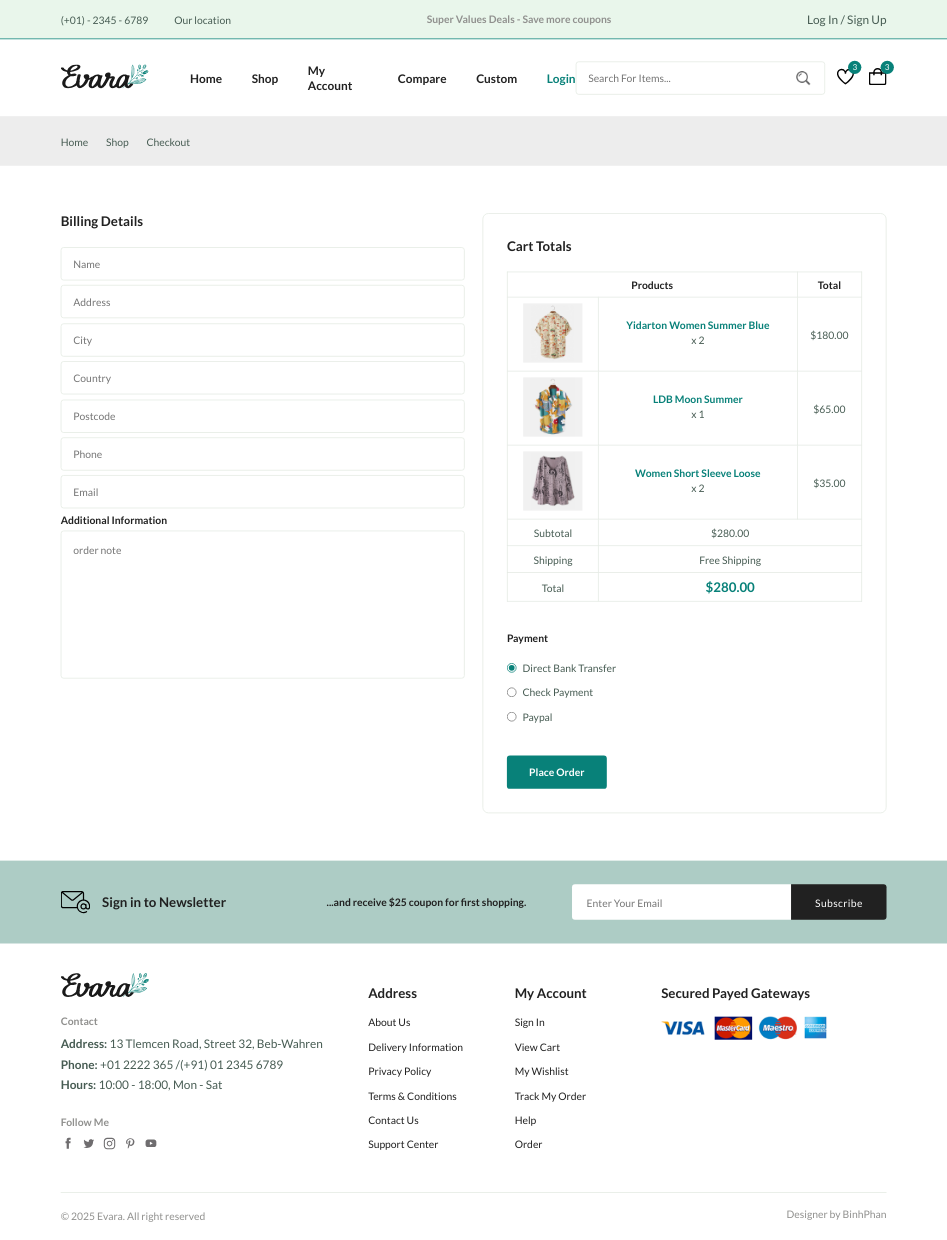
Repository: binhphanbp/evara-ecommerce
Page: checkout.html
An editor plug-in stored every save of this project. The page is shown before and after the next save, followed by the edit.
The browser window is 1280 px wide. The pictures show the whole page, at 74% of full size.

Above is the page before, as saved 2025-06-17 08:00:30.
Console error: ReferenceError: cart is not defined

### checkout.html
<!DOCTYPE html>
<html lang="en">
  <head>
    <meta charset="UTF-8" />
    <meta name="viewport" content="width=device-width, initial-scale=1.0" />

    <!--=============== FLATICON ===============-->
    <link
      rel="stylesheet"
      href="https://cdn-uicons.flaticon.com/2.0.0/uicons-regular-straight/css/uicons-regular-straight.css"
    />

    <!--=============== SWIPER CSS ===============-->
    <link
      rel="stylesheet"
      href="https://cdn.jsdelivr.net/npm/swiper@11/swiper-bundle.min.css"
    />

    <!--=============== CSS ===============-->
    <link rel="stylesheet" href="./assets/css/styles.css" />

    <title>Ecommerce Website</title>
  </head>
  <body>
    <!--=============== HEADER ===============-->
    <header class="header">
      <div class="header__top">
        <div class="header__container container">
          <div class="header__contact">
            <span>(+01) - 2345 - 6789</span>
            <span>Our location</span>
          </div>
          <p class="header__alert-news">
            Super Values Deals - Save more coupons
          </p>
          <a href="login-register.html" class="header__top-action">
            Log In / Sign Up
          </a>
        </div>
      </div>

      <nav class="nav container">
        <a href="index.html" class="nav__logo">
          <img
            class="nav__logo-img"
            src="assets/img/logo.svg"
            alt="website logo"
          />
        </a>
        <div class="nav__menu" id="nav-menu">
          <ul class="nav__list">
            <li class="nav__item">
              <a href="index.html" class="nav__link">Home</a>
            </li>
            <li class="nav__item">
              <a href="shop.html" class="nav__link">Shop</a>
            </li>
            <li class="nav__item">
              <a href="accounts.html" class="nav__link">My Account</a>
            </li>
            <li class="nav__item">
              <a href="compare.html" class="nav__link">Compare</a>
            </li>
            <li class="nav__item">
              <a href="custome-shop.html" class="nav__link">Custom</a>
            </li>
            <li class="nav__item">
              <a href="login-register.html" class="nav__link active-link"
                >Login</a
              >
            </li>
          </ul>
          <div class="header__search">
            <input
              type="text"
              placeholder="Search For Items..."
              class="form__input"
            />
            <button class="search__btn">
              <img src="assets/img/search.png" alt="search icon" />
            </button>
          </div>
        </div>
        <div class="header__user-actions">
          <a href="wishlist.html" class="header__action-btn" title="Wishlist">
            <img src="assets/img/icon-heart.svg" alt="" />
            <span class="count">3</span>
          </a>
          <a href="cart.html" class="header__action-btn" title="Cart">
            <img src="assets/img/icon-cart.svg" alt="" />
            <span class="count">3</span>
          </a>
        </div>
      </nav>
    </header>

    <!--=============== MAIN ===============-->
    <main class="main">
      <!--=============== BREADCRUMB ===============-->
      <section class="breadcrumb">
        <ul class="breadcrumb__list flex container">
          <li><a href="index.html" class="breadcrumb__link">Home</a></li>
          <li><span class="breadcrumb__link"></span></li>
          <li><span class="breadcrumb__link">Shop</span></li>
          <li><span class="breadcrumb__link"></span></li>
          <li><span class="breadcrumb__link">Checkout</span></li>
        </ul>
      </section>

      <!--=============== CHECKOUT ===============-->
      <section class="checkout section--lg">
        <div class="checkout__container container grid">
          <div class="checkout__group">
            <h3 class="section__title">Billing Details</h3>
            <form class="form grid">
              <input type="text" placeholder="Name" class="form__input" />
              <input type="text" placeholder="Address" class="form__input" />
              <input type="text" placeholder="City" class="form__input" />
              <input type="text" placeholder="Country" class="form__input" />
              <input type="text" placeholder="Postcode" class="form__input" />
              <input type="text" placeholder="Phone" class="form__input" />
              <input type="email" placeholder="Email" class="form__input" />
              <h3 class="checkout__title">Additional Information</h3>
              <textarea
                name=""
                placeholder="order note"
                class="form__input textarea"
              ></textarea>
            </form>
          </div>
          <div class="checkout__group">
            <h3 class="section__title">Cart Totals</h3>
            <table class="order__table">
              <thead>
                <tr>
                  <th colspan="2">Products</th>
                  <th>Total</th>
                </tr>
              </thead>

              <tbody>
                <tr>
                  <td>
                    <img
                      src="./assets/img/product-1-2.jpg"
                      alt=""
                      class="order__img"
                    />
                  </td>
                  <td>
                    <h3 class="table__title">Yidarton Women Summer Blue</h3>
                    <p class="table__quantity">x 2</p>
                  </td>
                  <td><span class="table__price">$180.00</span></td>
                </tr>
                <tr>
                  <td>
                    <img
                      src="./assets/img/product-2-1.jpg"
                      alt=""
                      class="order__img"
                    />
                  </td>
                  <td>
                    <h3 class="table__title">LDB Moon Summer</h3>
                    <p class="table__quantity">x 1</p>
                  </td>
                  <td><span class="table__price">$65.00</span></td>
                </tr>
                <tr>
                  <td>
                    <img
                      src="./assets/img/product-7-1.jpg"
                      alt=""
                      class="order__img"
                    />
                  </td>
                  <td>
                    <h3 class="table__title">Women Short Sleeve Loose</h3>
                    <p class="table__quantity">x 2</p>
                  </td>
                  <td><span class="table__price">$35.00</span></td>
                </tr>
                <tr>
                  <td><span class="order__subtitle">Subtotal</span></td>
                  <td colspan="2"><span class="table__price">$280.00</span></td>
                </tr>
                <tr>
                  <td><span class="order__subtitle">Shipping</span></td>
                  <td colspan="2">
                    <span class="table__price">Free Shipping</span>
                  </td>
                </tr>
                <tr>
                  <td><span class="order__subtitle">Total</span></td>
                  <td colspan="2">
                    <span class="order__grand-total">$280.00</span>
                  </td>
                </tr>
              </tbody>
            </table>
            <div class="payment__methods">
              <h3 class="checkout__title payment__title">Payment</h3>
              <div class="payment__option flex">
                <input
                  type="radio"
                  name="radio"
                  id="l1"
                  checked
                  class="payment__input"
                />
                <label for="l1" class="payment__label"
                  >Direct Bank Transfer</label
                >
              </div>
              <div class="payment__option flex">
                <input
                  type="radio"
                  name="radio"
                  id="l2"
                  class="payment__input"
                />
                <label for="l2" class="payment__label">Check Payment</label>
              </div>
              <div class="payment__option flex">
                <input
                  type="radio"
                  name="radio"
                  id="l3"
                  class="payment__input"
                />
                <label for="l3" class="payment__label">Paypal</label>
              </div>
            </div>
            <button class="btn btn--md">Place Order</button>
          </div>
        </div>
      </section>

      <!--=============== NEWSLETTER ===============-->
      <section class="newsletter section">
        <div class="newsletter__container container grid">
          <h3 class="newsletter__title flex">
            <img
              src="./assets/img/icon-email.svg"
              alt=""
              class="newsletter__icon"
            />
            Sign in to Newsletter
          </h3>
          <p class="newsletter__description">
            ...and receive $25 coupon for first shopping.
          </p>
          <form action="" class="newsletter__form">
            <input
              type="text"
              placeholder="Enter Your Email"
              class="newsletter__input"
            />
            <button type="submit" class="newsletter__btn">Subscribe</button>
          </form>
        </div>
      </section>
    </main>

    <!--=============== FOOTER ===============-->
    <footer class="footer container">
      <div class="footer__container grid">
        <div class="footer__content">
          <a href="index.html" class="footer__logo">
            <img src="./assets/img/logo.svg" alt="" class="footer__logo-img" />
          </a>
          <h4 class="footer__subtitle">Contact</h4>
          <p class="footer__description">
            <span>Address:</span> 13 Tlemcen Road, Street 32, Beb-Wahren
          </p>
          <p class="footer__description">
            <span>Phone:</span> +01 2222 365 /(+91) 01 2345 6789
          </p>
          <p class="footer__description">
            <span>Hours:</span> 10:00 - 18:00, Mon - Sat
          </p>
          <div class="footer__social">
            <h4 class="footer__subtitle">Follow Me</h4>
            <div class="footer__links flex">
              <a href="#">
                <img
                  src="./assets/img/icon-facebook.svg"
                  alt=""
                  class="footer__social-icon"
                />
              </a>
              <a href="#">
                <img
                  src="./assets/img/icon-twitter.svg"
                  alt=""
                  class="footer__social-icon"
                />
              </a>
              <a href="#">
                <img
                  src="./assets/img/icon-instagram.svg"
                  alt=""
                  class="footer__social-icon"
                />
              </a>
              <a href="#">
                <img
                  src="./assets/img/icon-pinterest.svg"
                  alt=""
                  class="footer__social-icon"
                />
              </a>
              <a href="#">
                <img
                  src="./assets/img/icon-youtube.svg"
                  alt=""
                  class="footer__social-icon"
                />
              </a>
            </div>
          </div>
        </div>
        <div class="footer__content">
          <h3 class="footer__title">Address</h3>
          <ul class="footer__links">
            <li><a href="#" class="footer__link">About Us</a></li>
            <li><a href="#" class="footer__link">Delivery Information</a></li>
            <li><a href="#" class="footer__link">Privacy Policy</a></li>
            <li><a href="#" class="footer__link">Terms &amp; Conditions</a></li>
            <li><a href="#" class="footer__link">Contact Us</a></li>
            <li><a href="#" class="footer__link">Support Center</a></li>
          </ul>
        </div>
        <div class="footer__content">
          <h3 class="footer__title">My Account</h3>
          <ul class="footer__links">
            <li><a href="#" class="footer__link">Sign In</a></li>
            <li><a href="#" class="footer__link">View Cart</a></li>
            <li><a href="#" class="footer__link">My Wishlist</a></li>
            <li><a href="#" class="footer__link">Track My Order</a></li>
            <li><a href="#" class="footer__link">Help</a></li>
            <li><a href="#" class="footer__link">Order</a></li>
          </ul>
        </div>
        <div class="footer__content">
          <h3 class="footer__title">Secured Payed Gateways</h3>
          <img
            src="./assets/img/payment-method.png"
            alt=""
            class="payment__img"
          />
        </div>
      </div>
      <div class="footer__bottom">
        <p class="copyright">&copy; 2025 Evara. All right reserved</p>
        <span class="designer">Designer by BinhPhan</span>
      </div>
    </footer>

    <!--=============== SWIPER JS ===============-->
    <script src="https://cdn.jsdelivr.net/npm/swiper@11/swiper-bundle.min.js"></script>

    <!--=============== MAIN JS ===============-->
    <script src="assets/js/main.js"></script>
  </body>
</html>

Loaded but not shown: assets/js/main.js (532 lines, source omitted); assets/css/styles.css (2251 lines, source omitted)

After the next save:
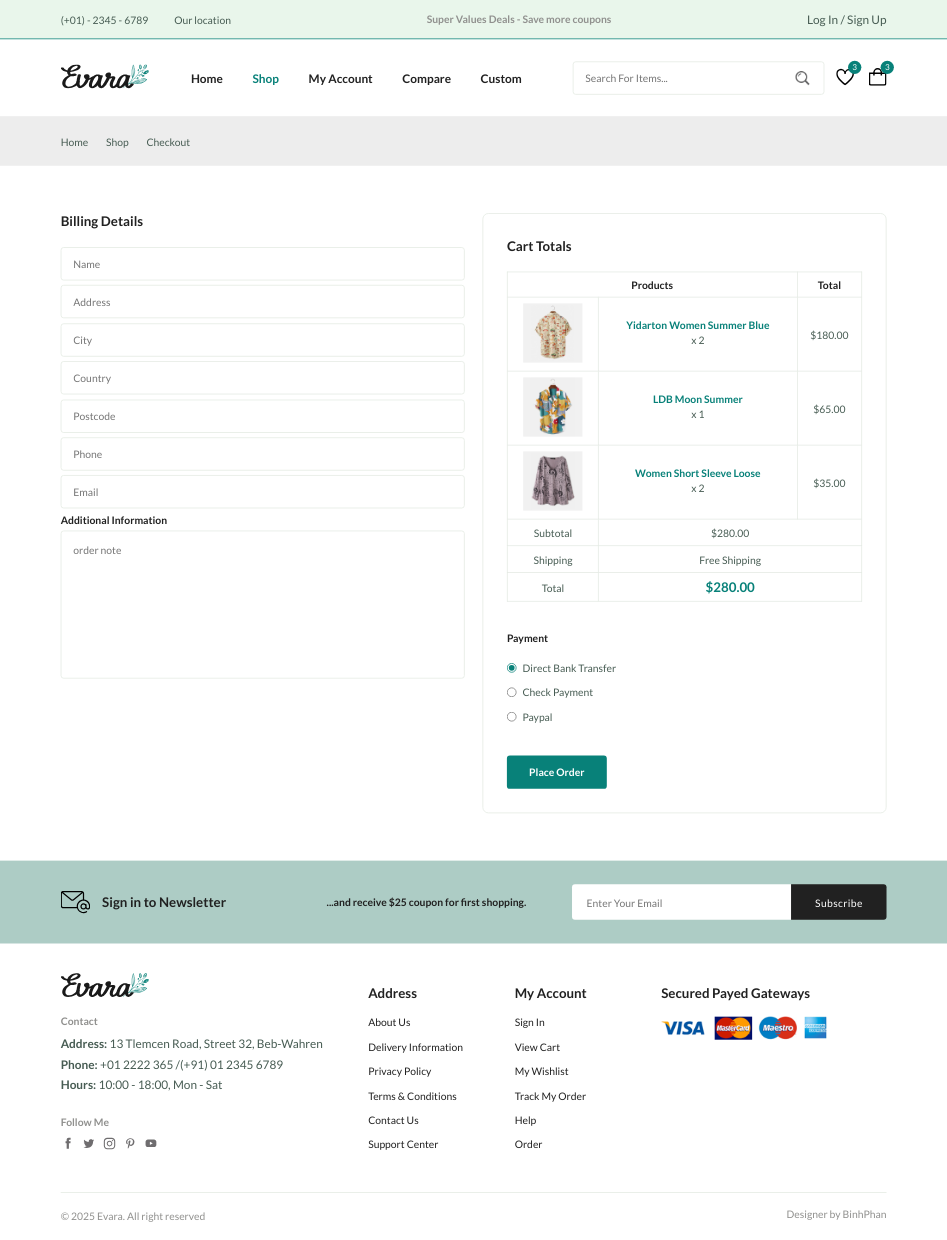
Saved 29 s later.
--- a/checkout.html
+++ b/checkout.html
@@ -53,7 +53,7 @@
               <a href="index.html" class="nav__link">Home</a>
             </li>
             <li class="nav__item">
-              <a href="shop.html" class="nav__link">Shop</a>
+              <a href="shop.html" class="nav__link active-link">Shop</a>
             </li>
             <li class="nav__item">
               <a href="accounts.html" class="nav__link">My Account</a>
@@ -63,11 +63,6 @@
             </li>
             <li class="nav__item">
               <a href="custome-shop.html" class="nav__link">Custom</a>
-            </li>
-            <li class="nav__item">
-              <a href="login-register.html" class="nav__link active-link"
-                >Login</a
-              >
             </li>
           </ul>
           <div class="header__search">
